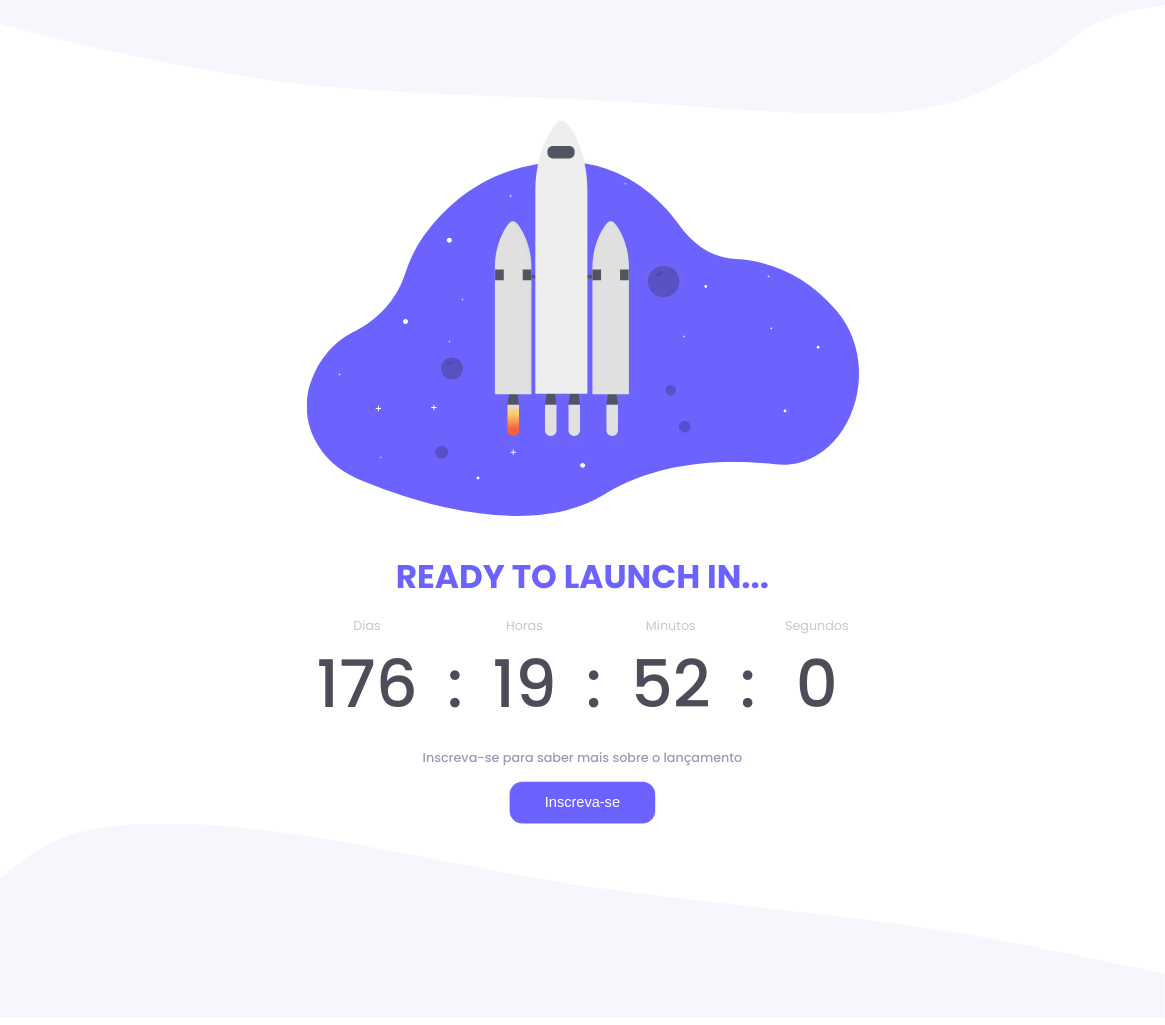
Repository: RickHub2002/Countdown
Page: index.html
These files come from the project's save history. The page is drawn as it stood at one moment and after the next save; the edit follows.
The browser window is 1280 px wide. The pictures show the whole page, at 91% of full size.

Above is the page before, as saved 2025-02-05 10:11:41.

After the next save:
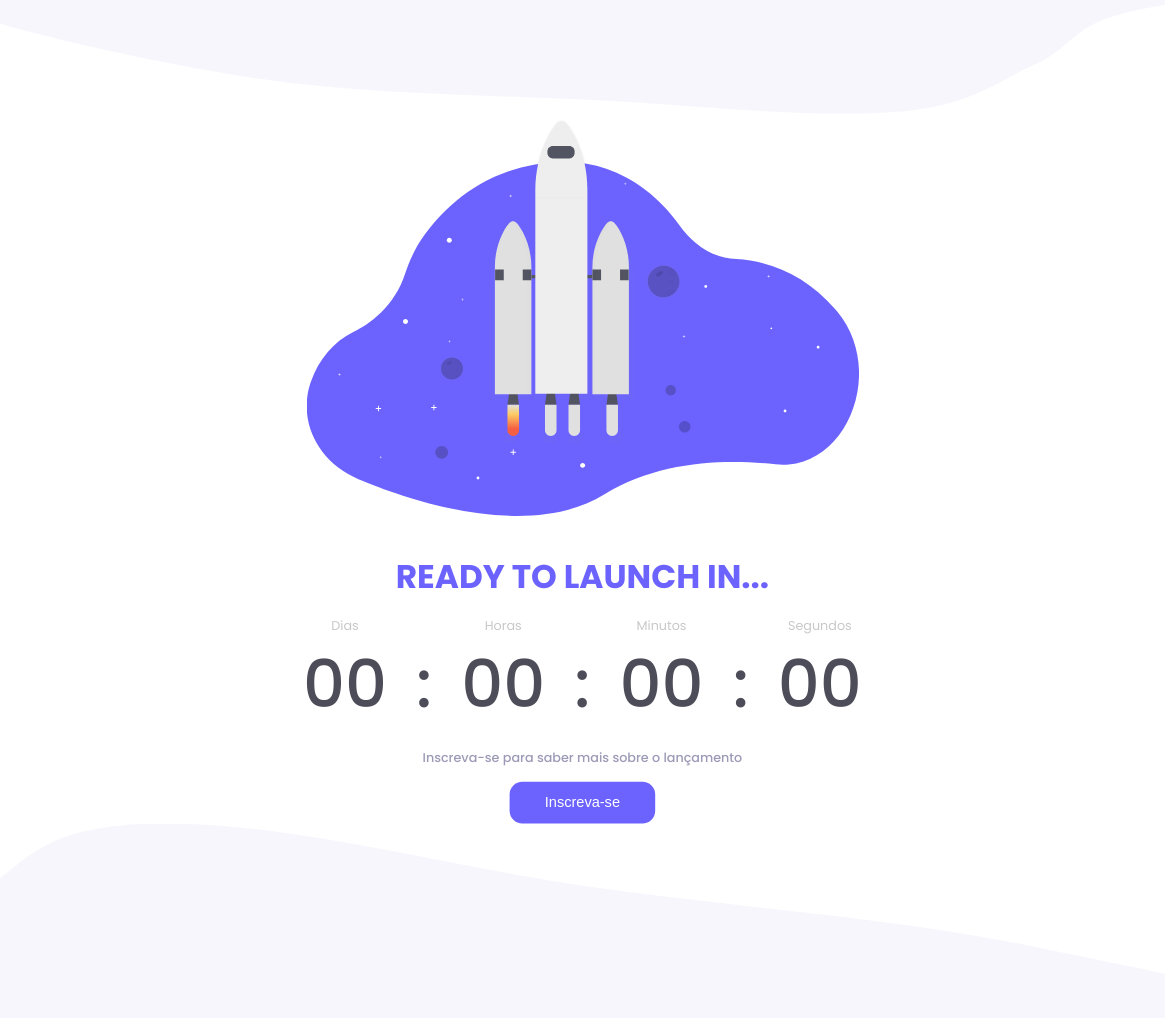
Console error: TypeError: Cannot read properties of undefined (reading 'getDay')
Saved 15 s later.
--- a/assets/js/main.js
+++ b/assets/js/main.js
@@ -2,7 +2,7 @@
 let birthday = new Date("Aug 1, 2002").getTime()
 
 console.log(countdownDate)
-console.log(birthday.day)
+console.log(birthday).getDay
 
 let interval = setInterval(function() {
     let nowDate = new Date().getTime()

After the save that followed:
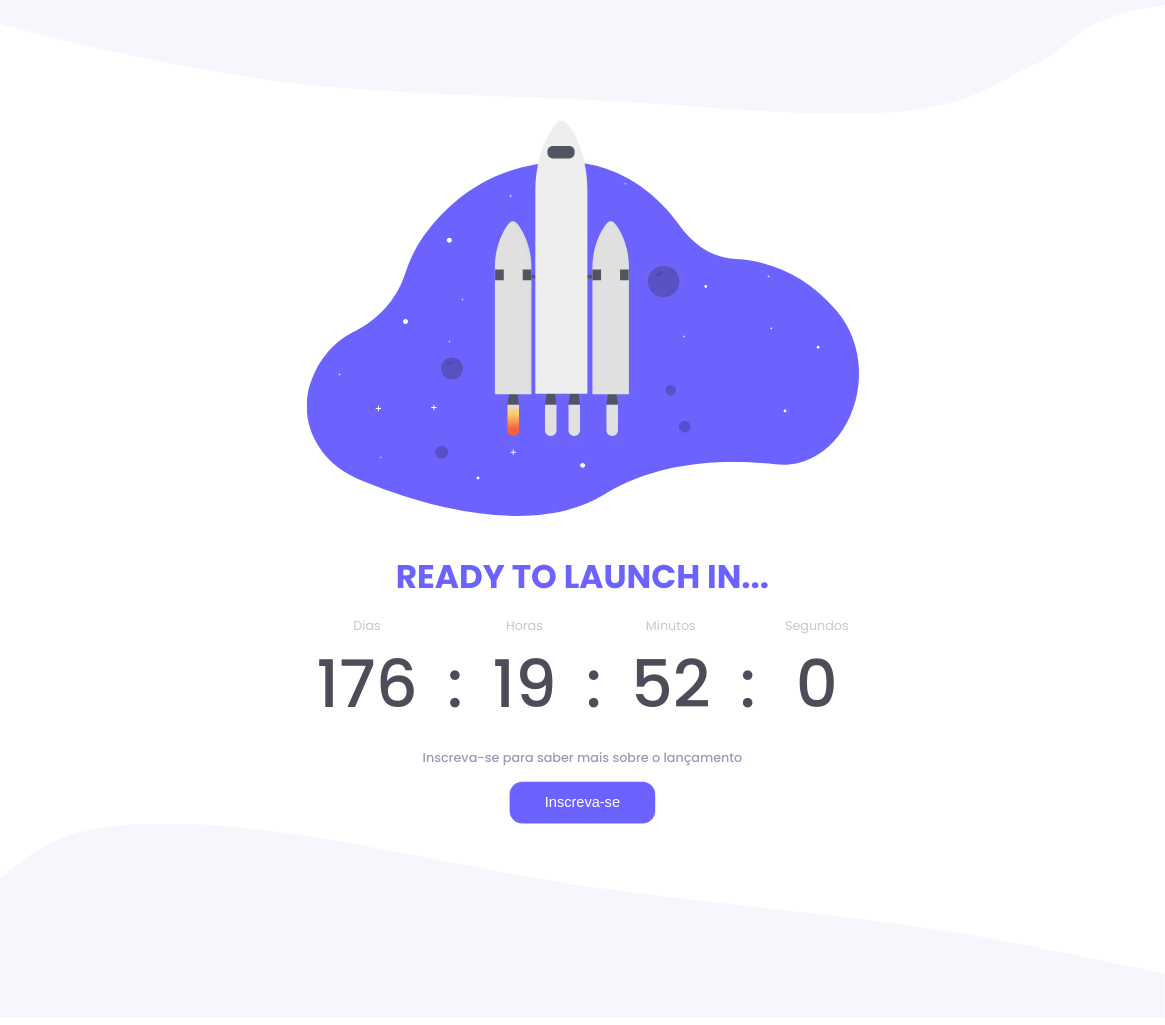
The error is gone.
Saved 10 s later.
--- a/assets/js/main.js
+++ b/assets/js/main.js
@@ -2,7 +2,7 @@
 let birthday = new Date("Aug 1, 2002").getTime()
 
 console.log(countdownDate)
-console.log(birthday).getDay
+console.log(birthday)
 
 let interval = setInterval(function() {
     let nowDate = new Date().getTime()
